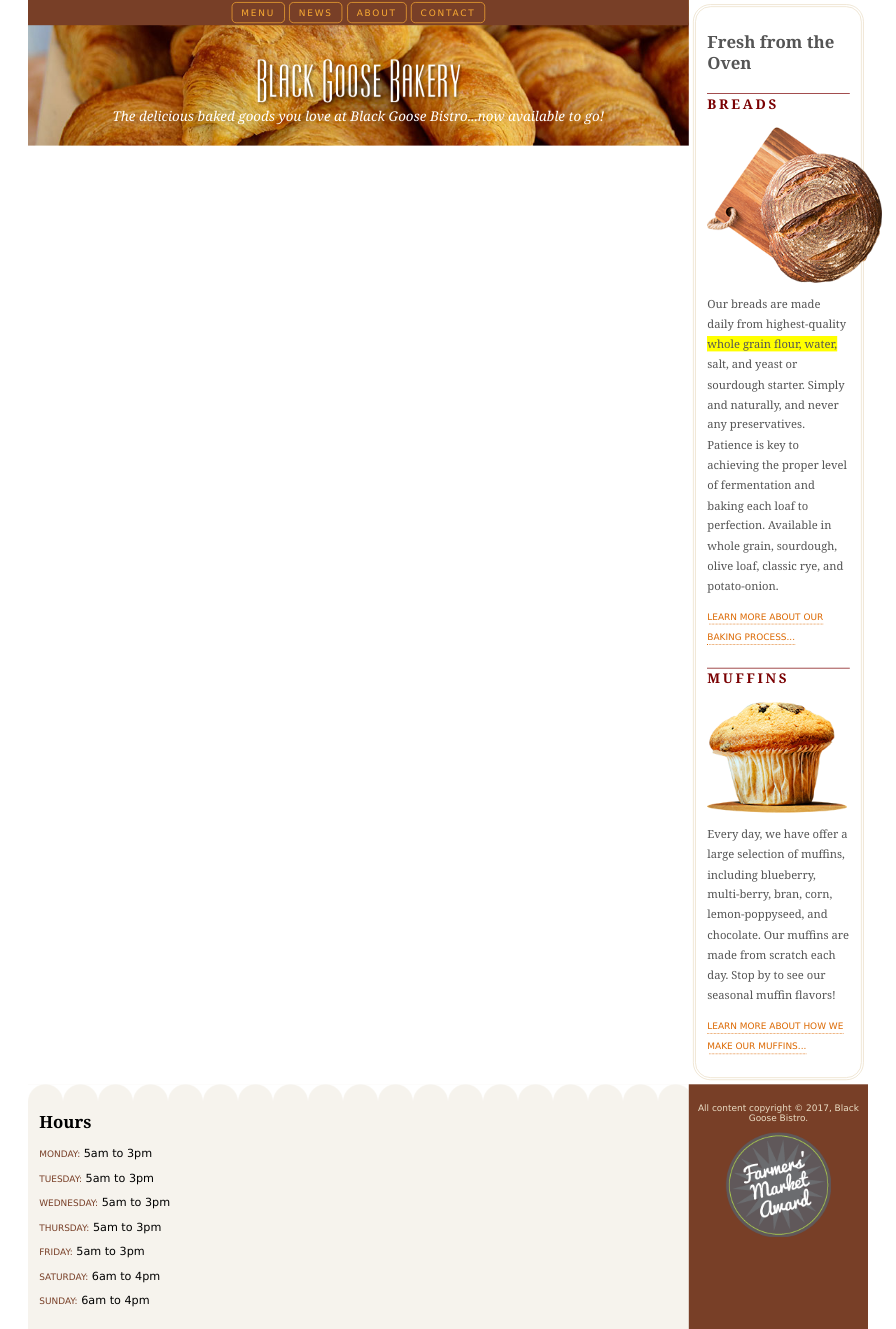
Repository: Colo-Codes/code-practice
Page: 02-css-practice-9.html
The author's editor kept a copy of each file at every save. The page is drawn from the files as they stood at one save, then again after the next save.
The browser window is 1280 px wide. The pictures show the whole page, at 70% of full size.
Some web fonts or font styles are not loaded; a fallback is used.

Above is the page before, as saved 2021-06-04 12:44:23.

After the next save:
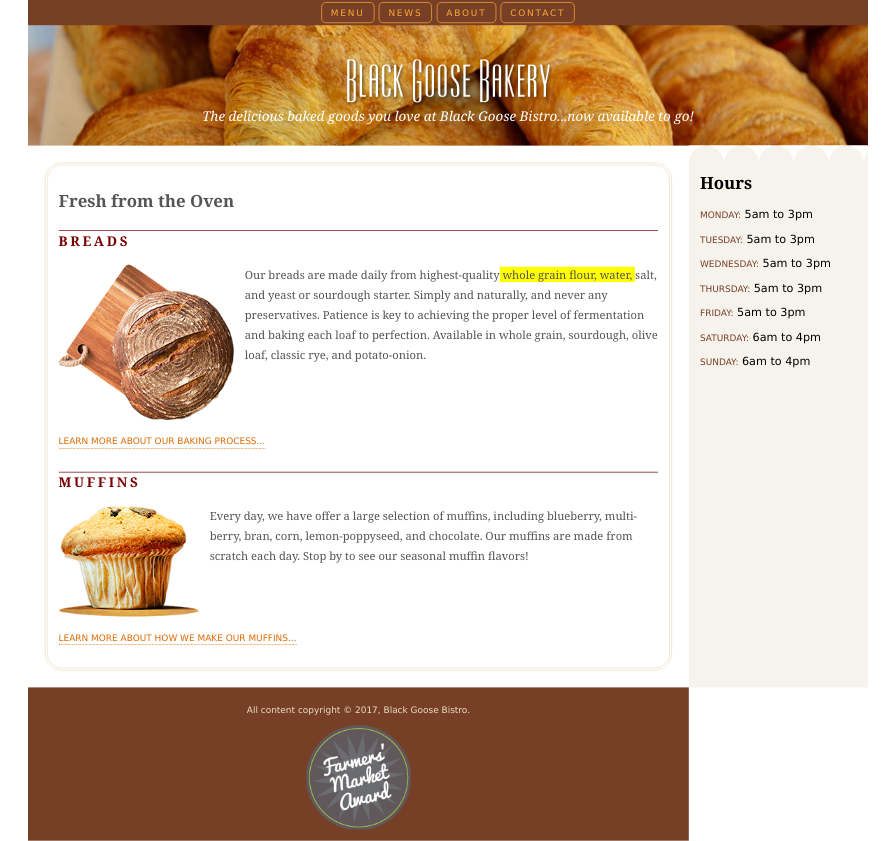
Saved 41 s later.
--- a/css/02-css-practice-9.css
+++ b/css/02-css-practice-9.css
@@ -196,4 +196,8 @@ footer {
         margin: 0 auto;
         position: relative;
     }
-}
+
+    header {
+        grid-area: banner;
+    }
+}
